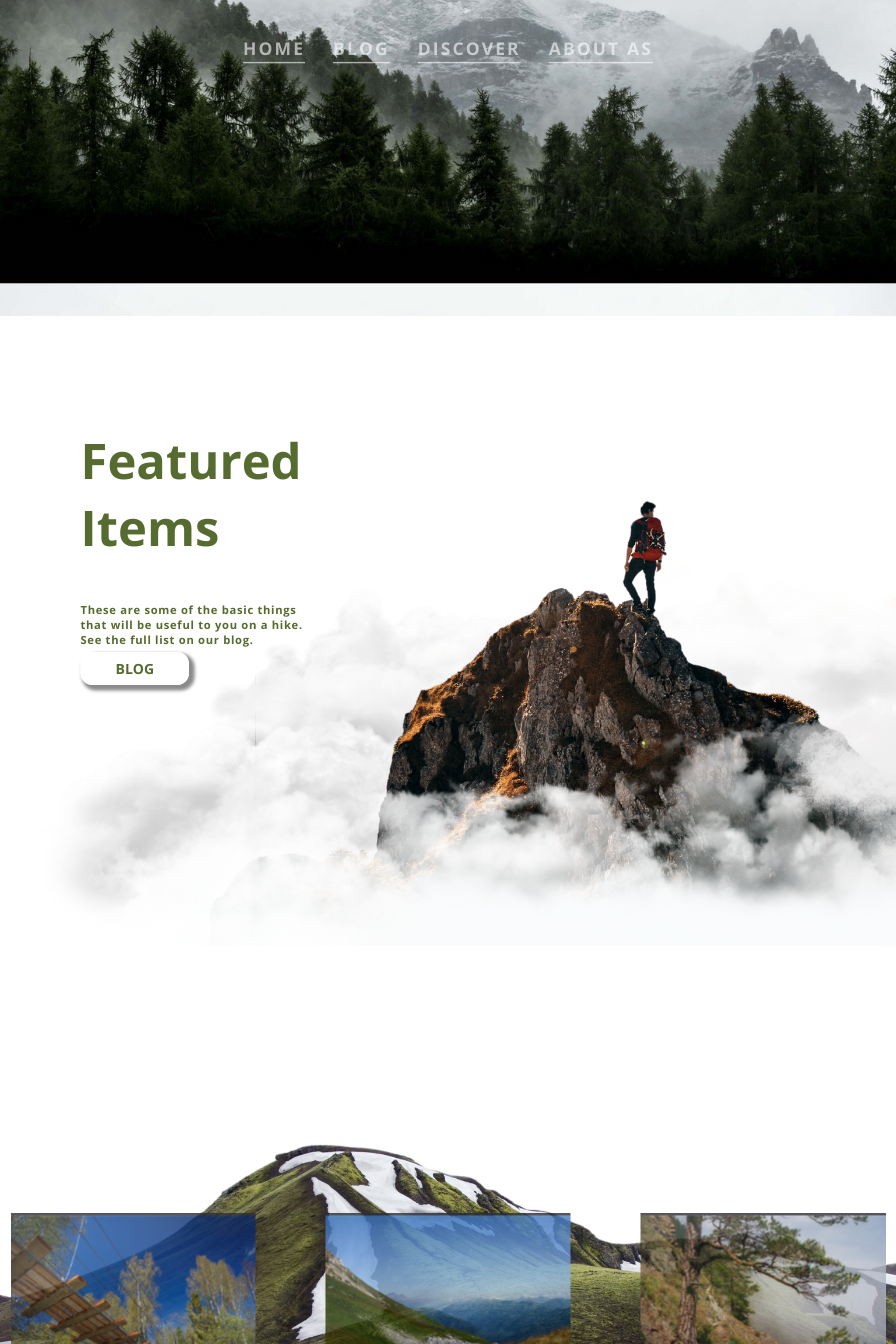
Repository: artembundin/travelrus.github.io
Page: index.html
An editor plug-in stored every save of this project. The page is shown before and after a run of saves, followed by the edit.
The browser window is 1280 px wide. The pictures show the part of the page from y = 448 to 2368 px (the page is 4792 px tall), at 70% of full size.
A picture or video elsewhere on the page could not be fetched, so the positions and the page height are approximate. An inner scrolling area shows only its first screen. Backgrounds fixed to the window are drawn as part of the page. Some web fonts or font styles are not loaded; a fallback is used.

Above is the page before, as saved 2025-05-08 02:08:13.
Console error: TypeError: Cannot read properties of null (reading 'offsetTop')

### index.html
<!DOCTYPE html>
<html lang="en">
  <head>
    <meta charset="UTF-8" />
    <meta name="viewport" content="width=device-width, initial-scale=1.0" />
    <title>Document</title>
    <link rel="stylesheet" href="style.css" />
  </head>
  <body>
    <header class="header">
      <div class="container-header">
        <img src="icons/TRAIL TRIBE (3).svg" alt="" class="anim header-logo" />
        <ul class="header-list">
          <li><a class="active" href="/">HOME</a></li>
          <li><a href="#join">BLOG</a></li>
          <li><a href="#inf">DISCOVER</a></li>
          <li><a href="#aboutus">ABOUT AS</a></li>
        </ul>
      </div>
    </header>
    <main class="main">
      <section class="join" id='join'>
        <div class="join-container">
          <div class="text_section">
            <h2>Featured Items</h2>
            <p>
              These are some of the basic things that will be useful to you on a
              hike. See the full list on our blog.
            </p>
            <a href="#" class="btn_list" id="newPageButton">BLOG</a>
          </div>

        </div>
      </section>
      <section class="inf" id='inf'>
        <div class="inf-container">
          <h2 class="inf-caption animate-slidein">Find our most popular camps</h2>
          <div class="cards">
              <div class="cards-content">
                <a href="map.html#mapstore">
                  <img src="images/bvt.jpeg" alt="" class="img">
                </a>
                <div class="cards-text">
                  <h4 class="cards-title">The Big Valdai Trail</h4>
                  <p class="cards-sub-title">Its uniqueness lies in the change of ecological systems: spruce-fir forest, broad-leaved forest, pine forest.</p>
                </div>
              </div>
            <div class="cards-content">
              <a href="map.html#mapstore2">
                <img src="images/30.jpeg" alt="" class="img">
              </a>
              <div class="cards-text">
                <h4 class="cards-title">Through the Mountains to the Sea</h4>
                <p class="cards-sub-title">One of the oldest, most popular traveled tourist routes in the Soviet Union.</p>
              </div>
            </div>
            <div class="cards-content">
              <a href="map.html#mapstore3">
                <img src="images/btt.jpeg" alt="" class="img">
              </a>
              <div class="cards-text">
                <h4 class="cards-title">The Great Baikal Trail</h4>
                <p class="cards-sub-title">The trail will connect three national parks and three reserves.</p>
              </div>
            </div>
          </div>
        </div>
      </section>
      <section class="aboutus" id='aboutus'>
        <div class="aboutus-container">
          <div class="aboutus-image animate-slideleft"></div>
          <div class="aboutus-text animate-slideright">
            <h2 class="aboutus-title">About us</h2>
            <p class="aboutus-sub-title">Our team provides you with a multifunctional website, where you can find useful information for your future adventure, as well as leave comments about the trail you have visited.</p>
          </div>
        </div>
      </section>
      <section class="stuff-list">
      <h2 class="stuff-list-caption animate-appeir">That is useful for any hike</h2>
      <div class="item">
        <div class="stuff-list-container animate-appeir">
            <div class="stuff-item">
                    <p class="item1_title">Knife</p>
                    <img src="images/knife.svg" alt="/" id="item1">
            </div>
            <div class="stuff-item">
                    <p class="item2_title">Sleeping-bag</p>
                    <img src="images/sleepingbag.svg" alt="/" id="item2">
            </div>
            <div class="stuff-item">
                    <p class="item3_title">Tent</p>
                    <img src="images/tent.svg" alt="/" id="item3">
            </div>
          </div>
      </div>
    </section>
  </main>
  <script src="animation.js"></script>
  </body>
</html>




<!--<h2 class="stuff-list-caption">That is useful for any hike</h2>-->

### style.css
@font-face {
  font-family: 'OpenSans';
  src: url(fonts/OpenSans-Regular.woff2) format('woff2');
  font-weight: 400;
  font-style: normal;
  font-display: swap;
}
@font-face {
  font-family: 'OpenSans';
  src: url(fonts/OpenSans-Bold.woff2) format('woff2');
  font-weight: 700;
  font-style: normal;
  font-display: swap;
}


body {
  margin: 0;
  font-family: 'OpenSans';
  background-color: white;
  color: white;
  font-weight: 550;
}

ul {
  list-style: none;
  padding: 0;
  margin: 0;
}

a {
  text-decoration: none;
  color: white;
}

p {
  display: flex;
  /*animation: pfade linear both;
  animation-timeline: view();
  animation-range: entry 50% cover 50%;*/
}


h1, h2, h3, h4, h5, h6 {
  display: flex;
  /*animation: pfade linear both;
  animation-timeline: view();
  animation-range: entry 50% cover 50%;*/
}


/*@keyframes pfade {
  from {
    opacity: 0;
  }
  to {
    opacity: 1;
  }
} */

a {
  text-decoration: none;
}

/*Шапка*/

.header {
  position: relative;
  text-align: center;
  background-image: url(images/hiking3.jpeg);
  background-attachment: fixed;
  background-size: cover;
  background-position: center;
}

.container-header {
  display: flex;
  flex-direction: column;
  align-items: center;
  max-width: 1200px;
  height: 900px;
  margin-left: auto;
  margin-right: auto;
  overflow-x: hidden;
  padding: 0 15px;
}

.header-logo {
  width: 600px;
  height: 600px;
}



.header-img {
  position: absolute;
  width: 100%;
  height: auto;

  background-image: url(images/hiking3.jpeg);
  /*background-attachment: fixed;
    background-size: cover;
    background-position: center;*/
  z-index: -1;
}

.header-list {
  display: flex;
  gap: 40px;
  margin-top: -100px;
  text-decoration: underline;
  text-underline-offset: 10px;
  opacity: 0.6;
  font-weight: 600;
  font-size: 25px;
  letter-spacing: 3px;
}


/*СЕКЦИЯ 1*/

.main {
  display: inline;
}


.join {
  background-image: url('images/cloudmount.png');
  background-size: cover;
  background-position: center;
  background-repeat: no-repeat;
  animation: pfade linear both;
}

@keyframes pfade {
  from {
    opacity: 0;
  }
  to {
    opacity: 1;
  }
}

.join-container {
  display: flex;
  max-width: 1500px;
  height: 900px;
  margin-left: auto;
  margin-right: auto;
  overflow-x: hidden;
  padding: 0 15px;
}


.text_section {
  width: 330px;
  height: 500px;
  padding: 100px;
  color: darkolivegreen;
}

.text_section p {
  letter-spacing: 1px;
}

.text_section h2 {
  font-size: 70px;
  font-weight: 700;
}

/*Кнопка*/

.btn_list {
  text-align: center;
  padding: 10px 50px;
  font-size: 20px;
  color: darkolivegreen;

  background-color: white;
  border-radius: 17px;
  box-shadow: 5px 5px 5px 3px #8a8a8a;
  cursor: pointer;
  transition: .3s;
}

.btn_list:active {
  transform: translateY(4px);
  box-shadow: 0 5px 0 darkgreen;
}


/*Конец кнопки*/



/*СЕКЦИЯ 2*/

.inf {
  background-image: url(images/holm.png);
  background-attachment: fixed;
  background-size: 1500px 900px;
  background-repeat: no-repeat;
  color: #AFD2F2;

}


.inf-caption {
  display: flex;
  justify-content: center;
  font-size: 60px;
  font-weight: 700;
  margin-top: 100px;
  margin-bottom: 200px;

  color: white;
}

@keyframes slidein {
  from {
    transform: translateX(-100%);
    opacity: 0;
  }
  to {
    transform: translateX(0);
    opacity: 1;
  }
}

.inf-caption.animate-slidein {
  animation: slidein;
  animation-duration: 2s;
  animation-timing-function: linear forwards;
  animation-iteration-count: 1;
}

.inf-container {
  max-width: 1500px;
  height: 900px;
  margin-left: auto;
  margin-right: auto;
  overflow-x: hidden;
  padding: 0 15px;
}

@keyframes fadein {
  from {
    opacity: 0;
  }
  to {
    opacity: 1;
  }
}

.cards {
  display: flex;
  justify-content: center;
  gap: 100px;
  animation: pfade linear both;
  animation-timeline: view();
  animation-range: entry 50% cover 50%;
}

.cards-content {
  display: flex;
  position: relative;
  justify-content: center;
  align-items: center;
  overflow: hidden;




  /*width: 400px;
  border-radius: 20px;
  margin-top: 200px;
  text-align: center;*/
}


.img {
  width: 400px;
  height: 300px;
  border: 3px solid #2E2C33;




  /*max-width: 100%;
  height: 350px;
  object-fit: cover;
  border-radius: 15px;*/
}

.cards-text {
  width: 200px;
  height: 200px;
  background-color: white;
  padding: 1.5rem 2rem;
  box-shadow: 0 8px 24px hsla(0, 0%, 0%, .15);
  border-radius: 1rem;
  position: absolute;
  bottom: -9rem;
  opacity: 0;
  transition: opacity 1s 1s;
}

.cards-title {
  font-size: 28px;
  font-weight: 700;
  margin-bottom: .75rem;
}



.cards-sub-title {
  font-size: 13px;
  font-weight: 400;

}

.cards-content:hover .cards-text{
  animation: show-text 1s forwards;
  opacity: 1;
  transition: opacity .3s;
}

.cards-content {
  animation-name: remove-overflow;
  animation: remove-overflow 2s forwards;

}

.cards-content:not(:hover) {
  animation: show-overflow 2s forwards;
}

.cards-content:not(:hover) .cards-text {
  animation: remove-text 1s forwards;
}

@keyframes show-text {
  50% {
    transform: translateY(-10rem);
  }
  100% {
    transform: translateY(-7rem);
  }
}

@keyframes remove-overflow {
  to {
    overflow: initial;
  }
}

@keyframes remove-text {
  0% {
    transform: translateY(-7rem);
  }
  50% {
    transform: translateY(-10rem);
  }
  100% {
    transform: translateY(.5rem);
  }
}

@keyframes show-overflow {
  0% {
    overflow: initial;
    pointer-events: none;
  }
  50% {
    overflow: hidden;
  }
}


/*СЕКЦИЯ 3 */



.aboutus {
  color: darkolivegreen;
}


.aboutus-container {
  display: flex;
  max-width: 1500px;
  height: 800px;
  margin-right: auto;
  overflow-x: hidden;
  margin-top: 100px;
  margin-bottom: 150px;
}


.aboutus-image {
  background-image: url(images/goraaa.png);
  background-size: cover;
  background-repeat: no-repeat;
  width: 1200px;
  height: 800px;
}

/*@keyframes slideleft {
  from{
    transform: translateX(-100%);
    opacity: 0;
  }
  to {
    transform: translate(0);
    opacity: 1;
  }
}

.aboutus-image.animate-slideleft {
  animation: slideleft;
  animation-duration: 5s;
  animation-timing-function: linear forwards;
  animation-iteration-count: 1;
}*/

.aboutus-text {
  width: 280px;
  height: auto;
  margin-right: 90px;
  text-align: left;
  letter-spacing: 1px;
}

/*.aboutus-text.animate-slideright {
  animation: none;
  animation: slideright;
  animation-duration: 4s;
  animation-timing-function: linear forwards;
  animation-iteration-count: 1;
}

@keyframes slideright {
  from {
    transform: translateX(100%);
  }
  to {
    transform: translateX(0);
  }
}*/

.aboutus-title {
  font-size: 70px;
  justify-content: left;
}



/*СЕКЦИЯ 3*/


/*.cards {
  display: flex;
  justify-content: center;
  gap: 170px;
} карточки секция */

@keyframes appeir {
  from {
    opacity: 0;
  }
  to {
    opacity: 1;
  }
}

.stuff-list-caption {
  display: flex;
  justify-content: center;
  font-size: 65px;
  font-weight: 700;
  color: darkolivegreen;

}

.stuff-list-caption.animate-appeir {
  animation: appeir;
  animation-duration: 6s;
  animation-timing-function: linear forwards;
  animation-iteration-count: 1;
}

.stuff-list-container.animate-appeir {
  display: grid;
  grid-template-columns: 0.25fr 0.25fr;
  grid-template-rows: 600px 600px;
  gap: 20px;
  max-width: 1200px;
  height: 800px;
  margin-left: auto;
  margin-right: auto;
  overflow-x: hidden;
  margin-top: 100px;


    /*animation: appeir2 ;
    animation-duration: 1s;
    animation-timing-function: ease-in forwards;
    animation-delay: 1s;
    animation-iteration-count: 1;*/

}

/*@keyframes appeir2 {
  from {
    opacity: 0;
  }
  to {
    opacity: 1;
  }
}*/

.stuff-list {
  color: white;
}


.item {
  background-image: url(/images/sumka.png);
  background-size: 1300px 800px;
  background-repeat: no-repeat;
  background-position: center;
}


#item1 {
  background-color: lemonchiffon;
  position: relative;
  left: 490px;
  top: 160px;
}



#item2 {
  background-color: lightpink;
  position: relative;
  left: 390px;
  top: 130px;
}



#item3 {
  background-color: lightsteelblue;
  position: relative;
  left: 530px;
  bottom: 230px;
}

.item1_title {
  position: relative;
  left: 490px;
  top: 160px;
  font-size: 17px;
}

.item2_title {
  position: relative;
  left: 390px;
  top: 130px;
  font-size: 17px;
}

.item3_title {
  position: relative;
  left: 530px;
  bottom: 230px;
  font-size: 17px;
}

/* В конец файла добавим медиа-запросы */

/* Для планшетов */
@media screen and (max-width: 1024px) {
  .container-header {
    height: 700px;
  }

  .header-logo {
    width: 400px;
    height: 400px;
  }

  .header-list {
    font-size: 20px;
    gap: 20px;
  }

  .join-container {
    width: 100%;
    padding: 0 20px;
  }

  .text_section {
    padding: 50px;
  }

  .text_section h2 {
    font-size: 50px;
  }

  .cards {
    flex-wrap: wrap;
    gap: 50px;
  }

  .img {
    width: 300px;
    height: 225px;
  }

  .aboutus-container {
    flex-direction: column;
    height: auto;
  }

  .aboutus-image {
    width: 100%;
    height: 500px;
  }

  .aboutus-text {
    width: 100%;
    margin: 20px;
  }
}

/* Для мобильных устройств */
@media screen and (max-width: 768px) {
  .container-header {
    height: 500px;
  }

  .header-logo {
    width: 300px;
    height: 300px;
  }

  .header-list {
    font-size: 16px;
    gap: 15px;
    flex-direction: column;
  }

  .text_section h2 {
    font-size: 40px;
  }

  .btn_list {
    right: 200px;
  }

  .inf-caption {
    font-size: 40px;
    margin: 50px 0;
  }

  .cards-content {
    width: 100%;
  }

  .img {
    width: 100%;
    max-width: 300px;
  }

  .stuff-list-container {
    grid-template-columns: 1fr;
    grid-template-rows: auto;
  }

  #item1, #item2, #item3,
  .item1_title, .item2_title, .item3_title {
    left: 50%;
    transform: translateX(-50%);
    position: relative;
    top: 0;
    bottom: 0;
  }

  .stuff-list-caption {
    font-size: 40px;
    text-align: center;
  }
}

/* Для маленьких экранов */
@media screen and (max-width: 480px) {
  .header-logo {
    width: 200px;
    height: 200px;
  }

  .text_section {
    width: 100%;
    padding: 20px;
  }

  .text_section h2 {
    font-size: 30px;
  }

  .btn_list {
    width: 150px;
    right: 100px;
  }
}

.join,
.inf,
.aboutus,
.stuff-list {
  width: 100%;
  overflow-x: hidden;
}

### animation.js
window.addEventListener('scroll', function() {
    var infCaption = document.querySelector('.inf-caption');
    var infOffsetTop = infCaption.offsetTop;
    var windowHeight = window.innerHeight;
    var scrollTop = window.scrollY;

    if (scrollTop > infOffsetTop - windowHeight) {
    infCaption.classList.add('animate-slidein');
    }
    else {
    infCaption.classList.remove('animate-slidein');
    }
});

window.addEventListener('scroll', function() {
    var aboutusSection = document.querySelector('.aboutus');
    var aboutusOffsetTop = aboutusSection.offsetTop;
    var windowHeight = window.innerHeight;
    var scrollTop = window.scrollY;

    if (scrollTop > aboutusOffsetTop - windowHeight) {
    document.querySelector('.aboutus-image').classList.add('animate-slideleft');
    document.querySelector('.aboutus-text').classList.add('animate-slideright');
    }
    else {
    document.querySelector('.aboutus-image').classList.remove('animate-slideleft');
    document.querySelector('.aboutus-text').classList.remove('animate-slideright');
    }
});


window.addEventListener('scroll', function() {
    var stuffSection = document.querySelector('.stuff-list');
    var stuffOffsetTop = stuffSection.offsetTop;
    var windowHeight = window.innerHeight;
    var scrollTop = window.scrollY;

    if (scrollTop > stuffOffsetTop - windowHeight) {
    document.querySelector('.stuff-list-caption').classList.add('animate-appeir');
    }
    else {
    document.querySelector('.stuff-list-caption').classList.remove('animate-appeir');
    }
});

document.addEventListener('scroll', function() {
    var stuffSection = document.querySelector('.stuff-list-container');
    var windowHeight = window.innerHeight;
    var stuffOffsetTop = stuffSection.offsetTop;
    var scrollTop = window.scrollY;

    if (scrollTop > stuffOffsetTop - windowHeight) {
        stuffSection.classList.add('animate-appeir');
    } else {
        stuffSection.classList.remove('animate-appeir');
    }
});

document.addEventListener('scroll', function() {
    var footer = document.querySelector('.footer');
    var windowHeight = window.innerHeight;
    var footerOffsetTop = footer.offsetTop;
    var scrollTop = window.scrollY;

    if (scrollTop > footerOffsetTop - windowHeight) {
        footer.classList.add('animate-appeir-footer');
    } else {
        footer.classList.remove('animate-appeir-footer');
    }
});

document.addEventListener('scroll', function() {
    var socialContainer = document.querySelector('.social-container');
    var windowHeight = window.innerHeight;
    var socialContainerOffsetTop = socialContainer.offsetTop;
    var scrollTop = window.scrollY;

    if (scrollTop > socialContainerOffsetTop - windowHeight) {
        socialContainer.classList.add('animate-appeir3');
    } else {
        socialContainer.classList.remove('animate-appeir3');
    }
});

const newPageButton = document.getElementById('newPageButton');

newPageButton.addEventListener('click', function() {
    window.open('blog.html');
});

After the next 6 saves:
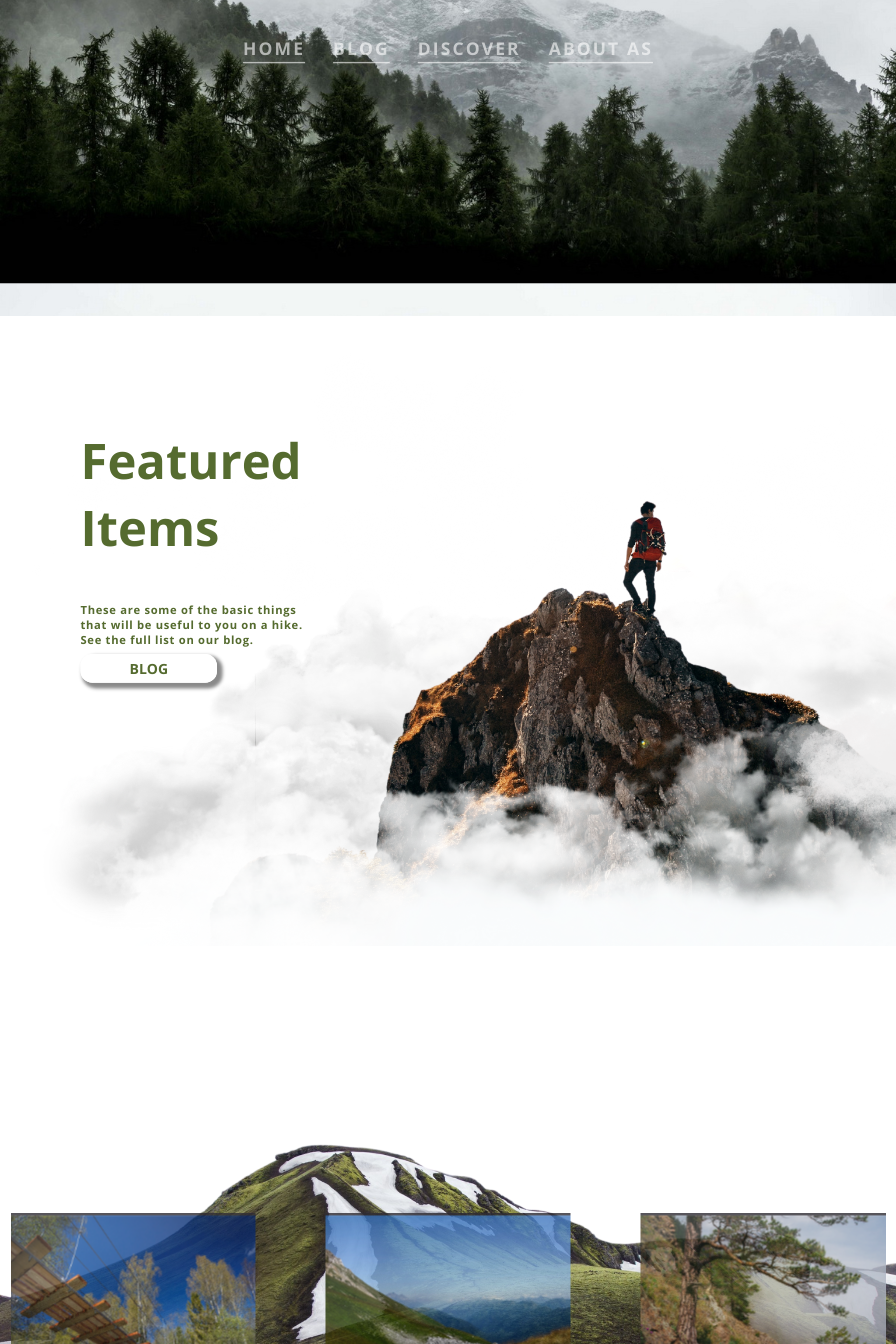
The 6 saves are shown as one change because they came seconds apart.
The last was saved 13 s later.
--- a/style.css
+++ b/style.css
@@ -172,7 +172,7 @@ a {
 
 .btn_list {
   text-align: center;
-  padding: 10px 50px;
+  padding: 7px 70px;
   font-size: 20px;
   color: darkolivegreen;
 
